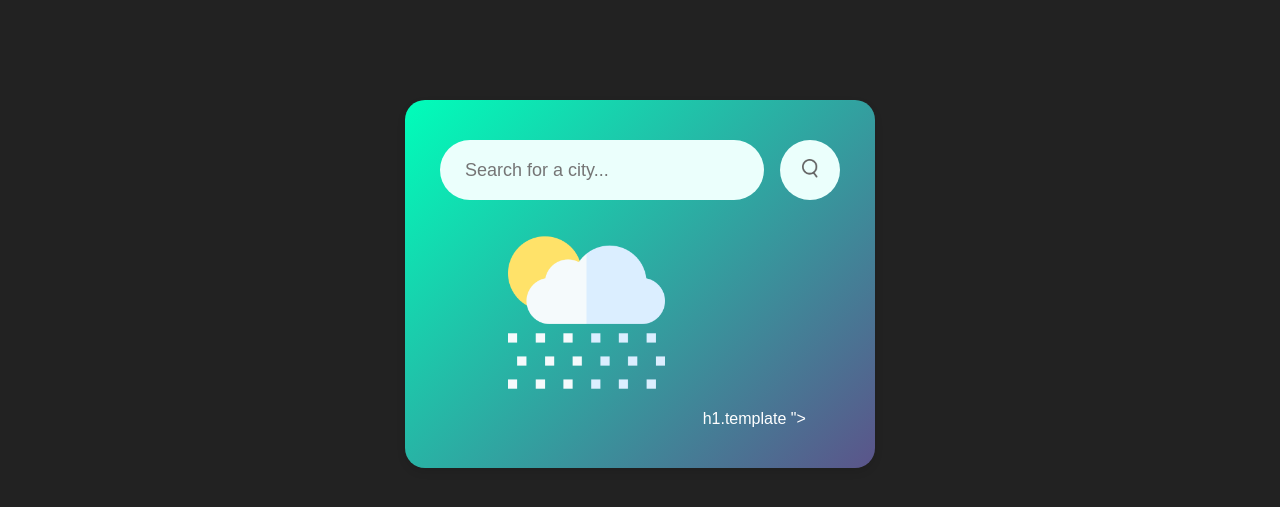
Repository: Abdelilah-Lakrim/Weather-App
Page: index.html
These files come from the project's save history. The page is drawn as it stood at one moment and after a run of saves; the edit follows.
The browser window is 1280 px wide. The pictures show the whole page.

Above is the page before, as saved 2025-06-17 11:11:15.

After the next 2 saves:
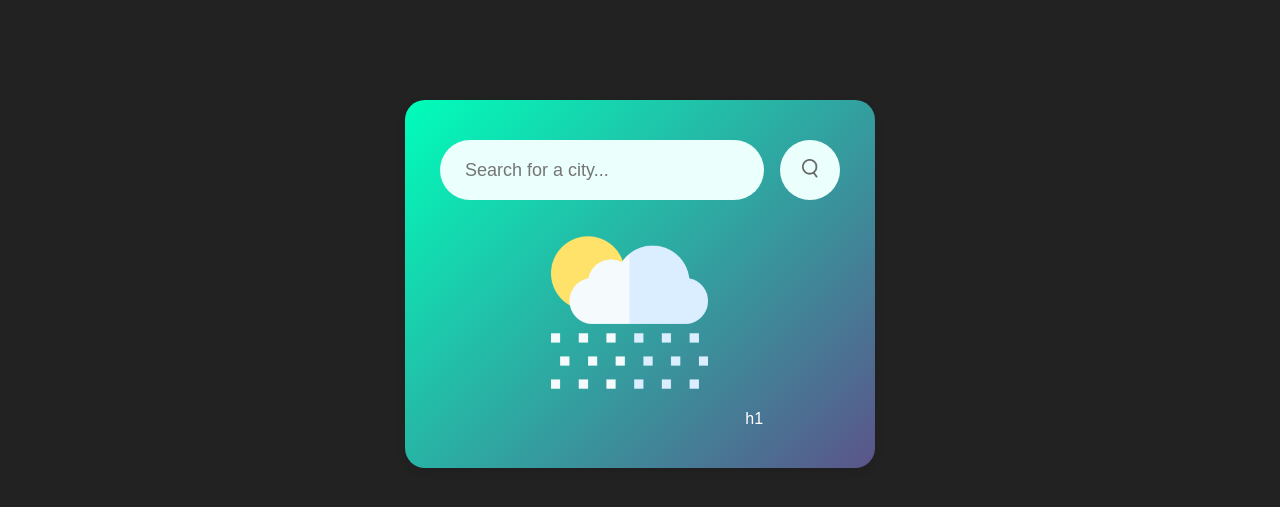
The 2 saves are shown as one change because they came seconds apart.
The last was saved 9 s later.
--- a/index.html
+++ b/index.html
@@ -14,8 +14,7 @@
         </div>
         <div class="weather">
             <img src="images/rain.png" class="weather-icon">
-            h1.template
-            ">
+            h1
         </div>
     </div>
 
